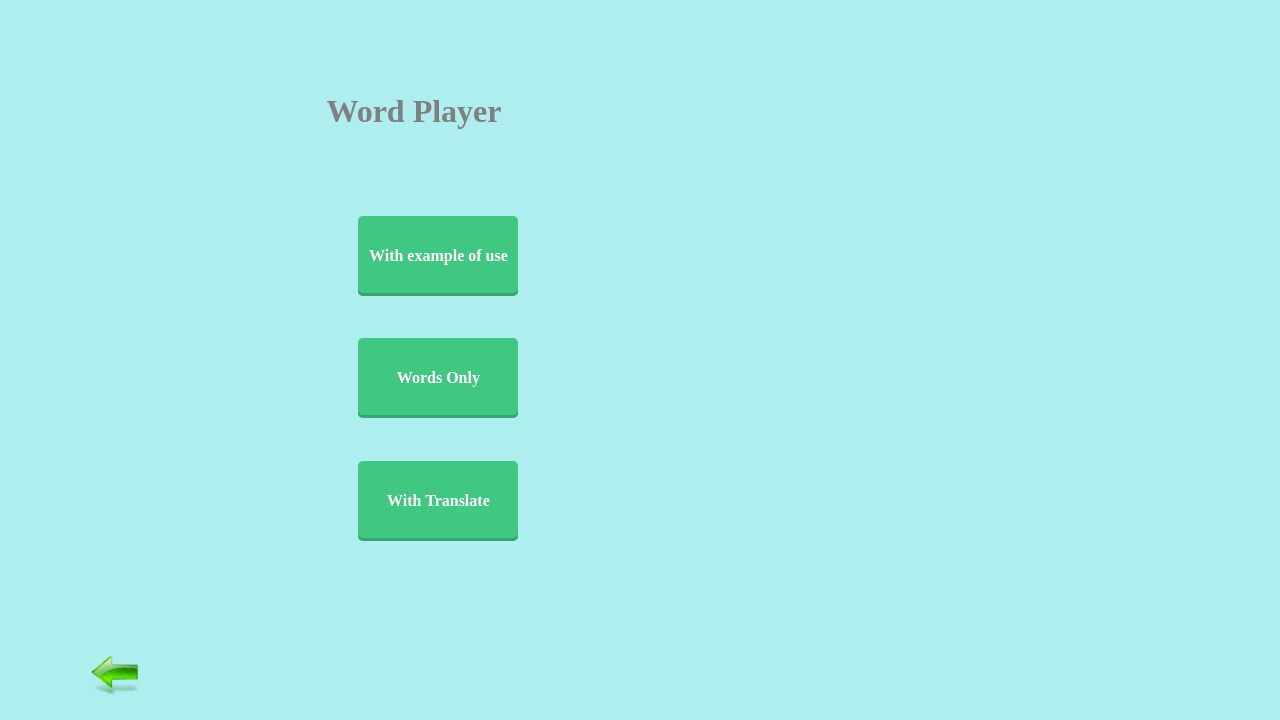
Repository: Artem-Brunov/msu_prac
Page: workspace/BasicUI/NewSettings.html
An editor plug-in stored every save of this project. The page is shown before and after the next save, followed by the edit.
The browser window is 1280 px wide. The pictures show the whole page.

Above is the page before, as saved 2017-11-20 02:29:04.

After the next save:
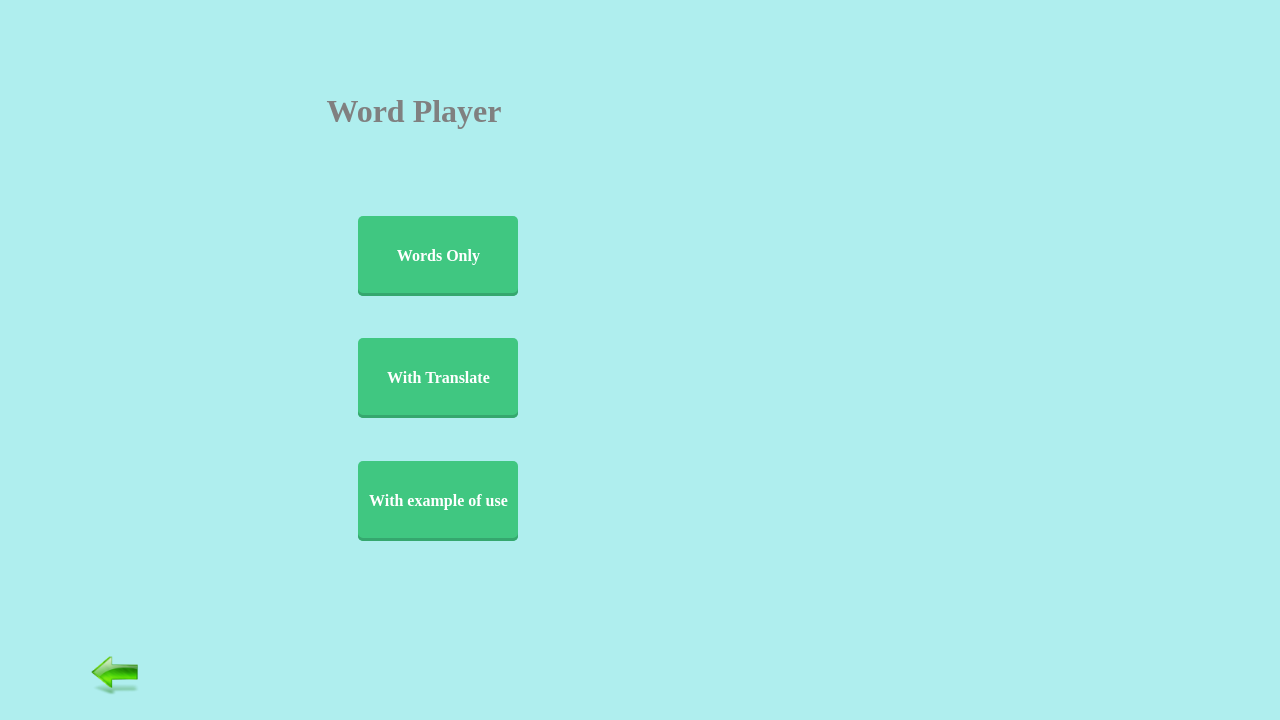
Saved 3 min 28 s later.
--- a/workspace/BasicUI/NewSettings.html
+++ b/workspace/BasicUI/NewSettings.html
@@ -14,13 +14,13 @@
 		<div class = "titl">
 			<h1>Word Player</h1>
 		</div>
-		<div class = "New">
+		<div class = "FastPlay">
 			<a href = "NewWithoutTr.html" class = "first_button">Words Only</a>
 		</div>
-		<div class = "Select">
+		<div class = "New">
 			<a href = "NewWithTranslate.html" class = "first_button" >With Translate</a>
 		</div>
-		<div class = "FastPlay">
+		<div class = "Select">
 			<a href = "NewWithBonus.html" class = "first_button" >With example of use</a>
 		</div>
 		<div class = "BBack">
